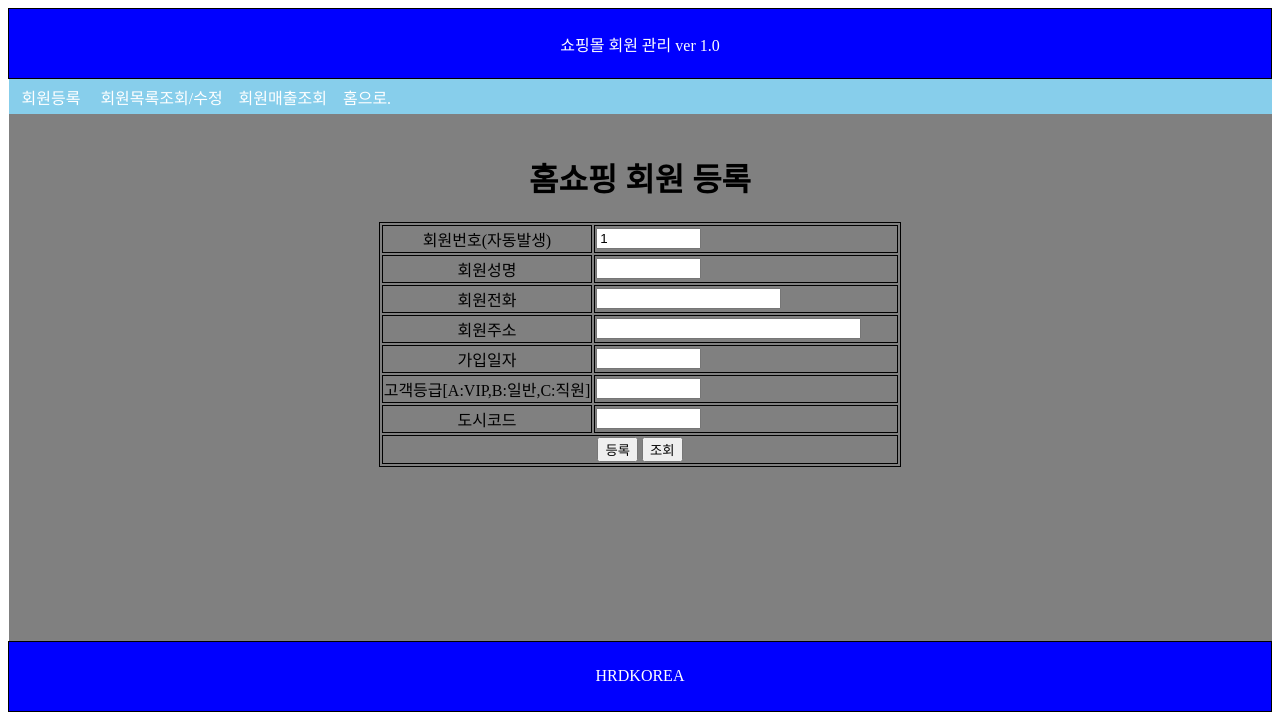
Repository: choigobin/Programming
Page: http://localhost/HRD1118/insert.jsp
The author's editor kept a copy of each file at every save. The page is drawn from the files as they stood at one save, then again after the next save.
The browser window is 1280 px wide. The pictures show the whole page.
The page is served by Tomcat 9. Queries for data that is not in the repository find no rows.

Above is the page before, as saved 2019-11-18 04:05:38.

After the next save:
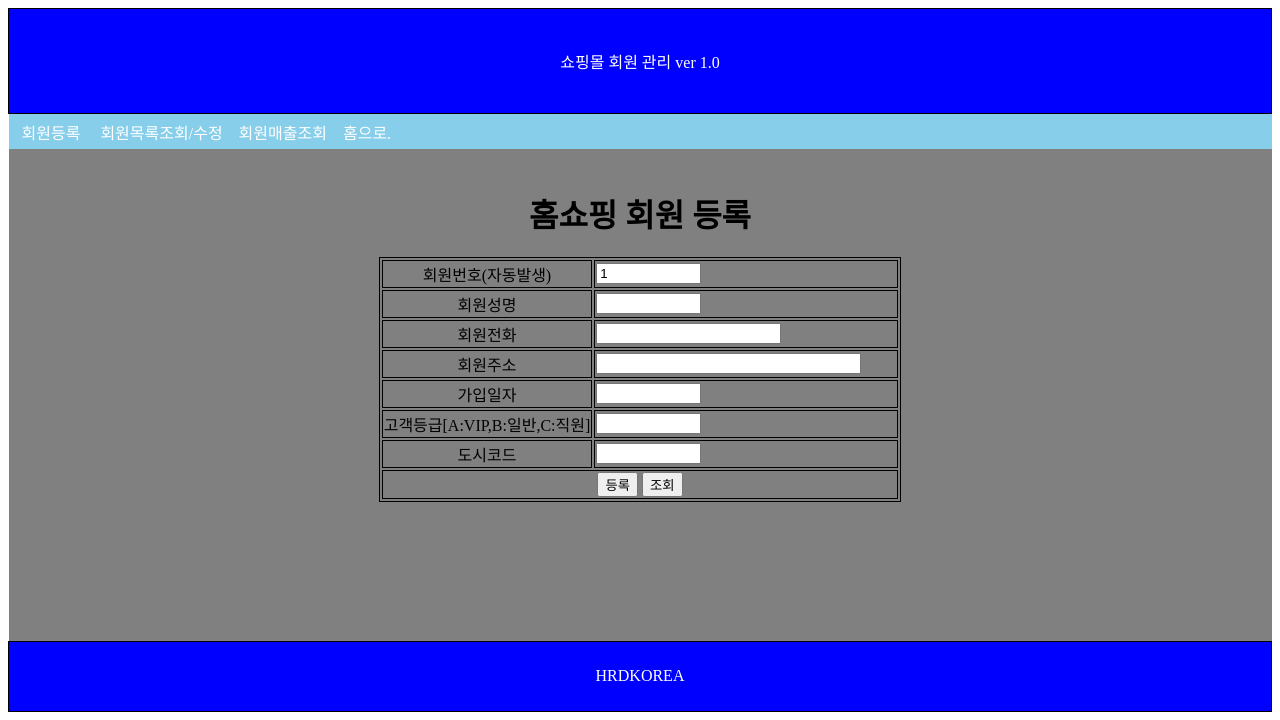
Saved 18 s later.
--- a/YangJung/workspace/HRD1118/WebContent/header.jsp
+++ b/YangJung/workspace/HRD1118/WebContent/header.jsp
@@ -1,6 +1,6 @@
 <%@ page language="java" contentType="text/html; charset=UTF-8"
     pageEncoding="UTF-8"%>
-<tr height="10%">
+<tr height="15%">
 <td bgcolor="blue" align="center">
 <span style="color: white; font-size:'20px';">쇼핑몰 회원 관리 ver 1.0</span>
 </td>
